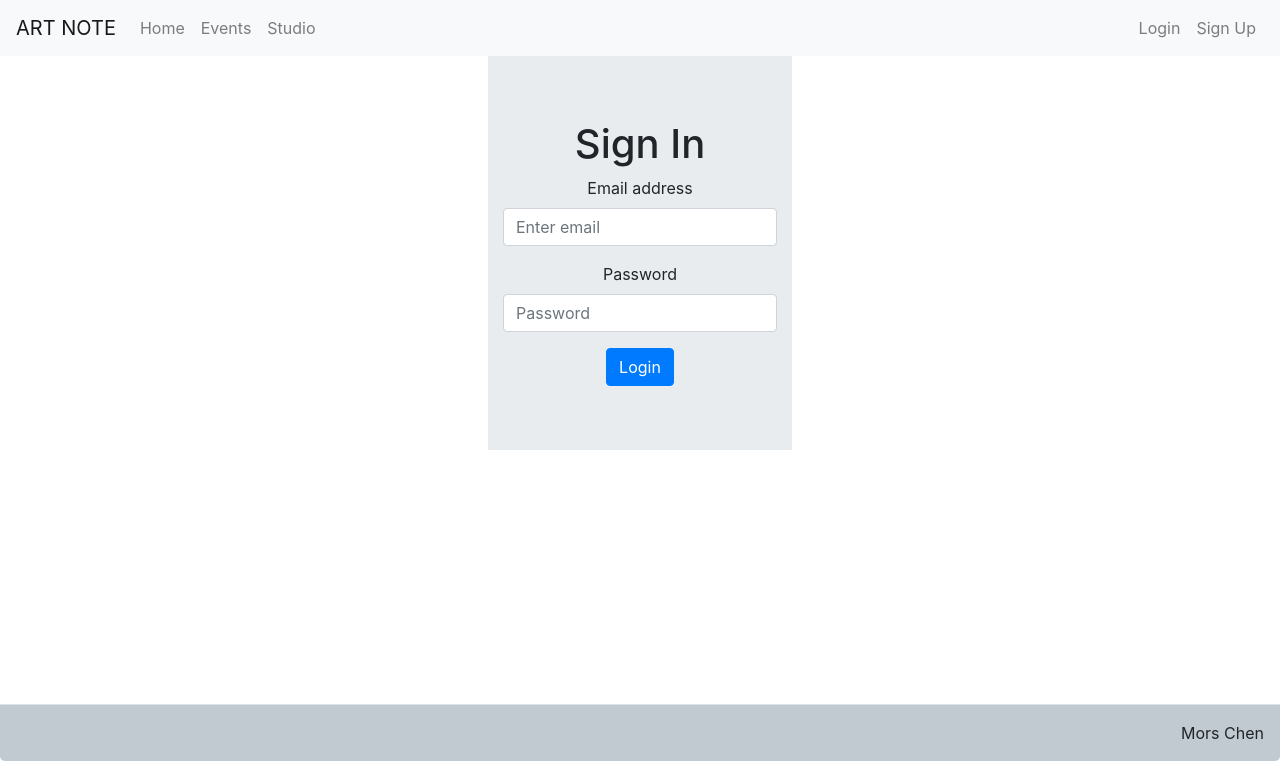
Repository: MorsChen/Final-Client
Page: /login (app in client-app/)
The author's editor kept a copy of each file at every save. The page is drawn from the files as they stood at one save, then again after the next save.
The browser window is 1280 px wide. The pictures show the whole page.
The page's requests for data from a server got no answer. The project was rebuilt for these pictures with package versions that can differ from the ones it lists, and the page was loaded fresh each time. No one was signed in, and anything a server would have sent is missing. Also part of the build but not shown: client-app/src/page/Home.js, client-app/src/page/SignUp.js, client-app/src/page/Profile.js.

Above is the page before, as saved 2019-10-01 14:30:10.

### client-app/public/index.html
<!DOCTYPE html>
<html lang="en">
  <head>
    <meta charset="utf-8" />
    <link rel="shortcut icon" href="%PUBLIC_URL%/favicon.ico" />
    <meta name="viewport" content="width=device-width, initial-scale=1" />
    <meta name="theme-color" content="#000000" />
    <meta
      name="description"
      content="Web site created using create-react-app"
    />
    <link rel="apple-touch-icon" href="logo192.png" />
    <link
        rel="stylesheet"
        href="https://maxcdn.bootstrapcdn.com/bootstrap/4.3.1/css/bootstrap.min.css"
        integrity="sha384-ggOyR0iXCbMQv3Xipma34MD+dH/1fQ784/j6cY/iJTQUOhcWr7x9JvoRxT2MZw1T"
        crossorigin="anonymous"
      />
    <!--
      manifest.json provides metadata used when your web app is installed on a
      user's mobile device or desktop. See https://developers.google.com/web/fundamentals/web-app-manifest/
    -->
    <link rel="manifest" href="%PUBLIC_URL%/manifest.json" />
    <!--
      Notice the use of %PUBLIC_URL% in the tags above.
      It will be replaced with the URL of the `public` folder during the build.
      Only files inside the `public` folder can be referenced from the HTML.

      Unlike "/favicon.ico" or "favicon.ico", "%PUBLIC_URL%/favicon.ico" will
      work correctly both with client-side routing and a non-root public URL.
      Learn how to configure a non-root public URL by running `npm run build`.
    -->
    <title>Art Note</title>
  </head>
  <body>
    <noscript>You need to enable JavaScript to run this app.</noscript>
    <div id="root"></div>
    <!--
      This HTML file is a template.
      If you open it directly in the browser, you will see an empty page.

      You can add webfonts, meta tags, or analytics to this file.
      The build step will place the bundled scripts into the <body> tag.

      To begin the development, run `npm start` or `yarn start`.
      To create a production bundle, use `npm run build` or `yarn build`.
    -->
  </body>
</html>

### client-app/src/App.js
import React from "react";
import { BrowserRouter as Router, Route } from "react-router-dom";
import "./App.css";
import 'bootstrap/dist/css/bootstrap.min.css';



import Home from "./page/Home";
import SignUp from "./page/SignUp";
import Login from "./page/Login";
import Logout from "./page/Logout";
import Profile from "./page/Profile";
import NavBar from "./static/NavBar";

// const URL = `https://127.0.0.1:5000/`
export default class App extends React.Component {
  constructor(props) {
    super(props);
    const existingToken = localStorage.getItem('token');
    const accessToken = (window.location.search.split("=")[0]==="?api_key") ? window.location.search.split("=")[1] : null;

    if (!accessToken && !existingToken){
        window.location.replace(`localhost:3000/`)
    };

    if (accessToken) {
        localStorage.setItem('token', accessToken);
    };

    this.state = {
      isloading:true,
      events: {},
      blogs: {},
      users: {},
      profiles: {},
      comments: {},
      news: {},
      token: existingToken || accessToken,
      user:{isSignin:false}
    }
  }

  componentDidMount() {
    this.fetchhome()
    this.fetchUser()
  }

  fetchUser= async() =>{
    const a = await fetch('https://127.0.0.1:5000/getuserinfo',{
      headers: {
        "Content-Type": "application/json",
        "Authorization": `Token ${this.state.token}`
      }
    })
    const b = await a.json()
    if (b.status === 200) {
      b.user.isSignin= true;
      b.user.token = this.state.token
      this.setState({isloading:true,user:b.user})
    }
  }

  fetchhome = async()=>{
    const token = this.state.token
    const resp = await fetch(`https://127.0.0.1:5000/userload`, {
            method: "GET",
            headers: ({
                "Content-Type": "application/json",
                "Authorization": `Token ${token}`
                })
            });
    const data = await resp.json()
  }

  getToken = (token) => {
    this.setState({token : token})

  }
  // isSignin = () =>{
  //   if (this.state.token !== null){
  //     this.setState({ isSignin : true})
  //   }else {
  //     this.setState({isSignin: false})
  //   }
  //   localStorage.setItem('isSignin', this.isSignin)
  // }

  render() {
    console.log('check state', this.state)
    return (
      <div className="App">
        <Router>
            <NavBar user = {this.state.user} />


          <div className="mag-top">
            <Route path="/" exact component={Home}/>
            <Route path="/events/" exact component={Events} />
            <Route path="/studio/" exact component={Studio} />
            <Route path="/workshop/" component={Workshop} />
            <Route path="/profile/" exact component={ (props) => <Profile {...props} user = {this.state.user} />} />
            <Route path="/courses/" component={Courses} />
            {/* <Route path="/learningpaths/" component={LearningPaths} /> */}
            <Route path="/login/" component={ (props) => <Login {...props} getToken = {this.getToken} />}/>
            <Route path="/logout/" component= { (props) => <Logout {...props} token = {this.state.token} />}/>
            <Route path="/register/" component={SignUp} />
            <Route path="/about/" component={About} />
          </div>

          <div className="modal-footer">Mors Chen</div>
        </Router>
      </div>
    );
  }

}

function Events() {
  return <div className="FullContent"> Events </div>;
}

function Studio() {
  return <div className="FullContent"> Studio </div>;
}

function Workshop() {
  return <div className="FullContent"> Workshop </div>;
}

function Courses() {
  return <div className="FullContent"> Courses </div>;
}

// function LearningPaths() {
//   return <div> Learning Paths </div>;
// }

function About() {
  return <div className="FullContent"> ABOUT</div>;
}

// function Logout () {
//   return window.location.replace(`${URL}logout`)
// }

### client-app/src/App.css
.App {
  text-align: center;
}

@import url('https://fonts.googleapis.com/css?family=Exo:700');
@import url('https://fonts.googleapis.com/css?family=Abel');

.App-logo {
  height: 40vmin;
}

.App-header {
  background-color: #282c34;
  min-height: 100vh;
  display: flex;
  flex-direction: column;
  align-items: center;
  justify-content: center;
  font-size: calc(10px + 2vmin);
  color: white;
}

.App-link {
  color: #09d3ac;
}

.slider {
  height: 100vh;
  margin-top: -100px;
}

.navbar {
  position: fixed;
  top: 0;
  width: 100%;
  z-index: 1;
  }

.modal-footer {
  background-color: #607a8a65;
}

.mag-top {
  margin-top: 3.5rem;
}


.flip-card {
  background-color: transparent;
  width: 12rem;
  height: 19rem;
  perspective: 1000px;

}

.flip-card-inner {
  position: relative;
  width: 12rem;
  height: 19rem;
  text-align: center;
  transition: transform 1s;
  transform-style: preserve-3d;
  box-shadow: 0 4px 8px 0 rgba(0,0,0,0.2);
}

.flip-card:hover .flip-card-inner {
  transform: rotateY(180deg);
}

.flip-card-front, .flip-card-back {
  position: absolute;
  width: 12rem;
  height: 19rem;
  backface-visibility: hidden;
}

.flip-card-front {
  background-color: #bbb;
  color: black;
}

.flip-card-back {
  background-color: #524221;
  color: rgb(255, 189, 66);
  transform: rotateY(180deg);
}

.FullContent {
  display: flex;
  width: 100vw;
  height: 90vh;
  text-align: center;
  align-items: center;
  flex-direction: column;
  margin-top: 2rem;
}

.form-content {
  display: flex;
  width: 80%;
  margin-top: 2rem;
  flex-direction: column;
  justify-content: space-between;
  padding: 1rem;
}

.content {
  display: flex;
  width: 100%;
  height: auto;
  justify-content: center;
}
.card-content {
  display: flex;
  width: 80%;
  margin-top: 2rem;
  flex-direction: row-reverse;
  justify-content: space-between;
  padding: 1rem;
}

.test-div{
  display: flex;
  width: 100%;
  margin-top: 20rem;
  /* height: 500px; */
  color: black;
}



/* Stop------ */
.card-tab {
  background-color: #4201010e;
  width: 100vw;
  height: auto;
  -webkit-transform: perspective(900px);
  transform: perspective(900px);
  -webkit-transform-style: preserve-3d;
  transform-style: preserve-3d;
  text-align:center;
}

.card-font {
  font-family: 'Abel', sans-serif;
  color: white;
  text-align:center;
  font-size:12px;
  text-align: center;
  transform: translatex(12px);
}

.text-h3-card {
  font-size:25px;
  font-family: 'Abel', sans-serif;
  color:rgb(255,255,255);
  text-shadow: 0 0 2px rgb(255,255,255);
  transform: translatey(10px);
}

.card1 {
  text-align:center;
  width: 10em;
  height: 350px;
  margin: 1rem;
  background: linear-gradient(rgb(225,150,58),rgb(227,144,91));
  transition:.6s;

  transform: rotatex(75deg) translatey(-200px) translatez(-100px);
  box-shadow: 0px 20px 60px rgba(0,0,0, 0.5);
}
.card1:hover{
  transform: rotatex(0deg);
  transition:.6s;
  box-shadow: 0px 0px 20px rgba(0, 0, 0, 0.3);
}
.card1 img{
  transform: translateY(1rem);
  width: 10em;
  height:120px;
}

.card2 {
  text-align:center;
  width: 10rem;
  height: 350px;
  margin: 1rem;
  background: linear-gradient(rgb(93,94,170),rgb(93,66,103));
  animation: animate 1s linear infinite;
  transition:.6s;

  transform: rotatex(75deg) translatey(-200px) translatez(-100px);
  box-shadow: 0px 20px 60px rgba(0, 0, 0, 0.5);
}
.card2:hover{
  transform: rotatex(0deg);
  transition:.6s;
  box-shadow: 0px 0px 20px rgba(0, 0, 0, 0.3);
}
.card2 img{
  transform: translateY(1rem);
  width: 10em;
  height:150px;
}
.card3 {
  text-align:center;
  width: 10em;
  height: 350px;
  margin: 1rem;
  background: linear-gradient(#ff5252, #b33939);
  transition:.6s;

  transform: rotatex(75deg) translatey(-200px) translatez(-100px);
  box-shadow: 0px 20px 60px rgba(0, 0, 0, 0.5);
}
.card3:hover{
  transform: rotatex(0deg);
  transition:.6s;
  box-shadow: 0px 0px 20px rgba(0, 0, 0, 0.3);
}
.card3 img{
  transform: translateY(1rem);
  width: 10em;
  height:120px;
}

### client-app/src/page/Login.js
import React, {Component} from "react";
// import { Form, Col, Button } from "react-bootstrap";
import 'bootstrap/dist/css/bootstrap.min.css';

export default class Login extends Component {
    constructor() {
        super();
        this.state = {
            email: "",
            password: "",
            user: {},
        };
      }

    componentDidMount () {
    }

    handleLogin = async e => {
        e.preventDefault();
        // const response = await fetch(`https://127.0.0.1:5000/users/login`)
        // const data = response.json()
        // console.log ("check", data)
        // if (this.state.password !== this.state.repassword) {
        //     alert("Password and Password confirm must match");
        // }

        let userlogin = {
        email: this.state.email,
        password: this.state.password,
        };
        console.log("check e.target",userlogin)
        const response = await fetch(`https://127.0.0.1:5000/users/login`, {
            method: "POST",
            body: JSON.stringify(userlogin),
            headers: new Headers({
                "Content-Type": "application/json"
            })
        });
        const data = await response.json()
        console.log("check resp from login",data)
        if (data.status === 200) {
            this.sendToken(data.token)
            localStorage.setItem('token', data.token)

            return window.location.replace(`http://localhost:3000/`);
        }
            else {return alert('something wrong')}
        };

    sendToken=(token)=>{
        this.props.getToken(token)
    }


    handleChange = e => {
        const name = e.target.name;
        const value = e.target.value;
        this.setState({
            [name]: value
        });
        };

    render() {
        console.log("check email",this.state.email);
        console.log('check isSignin login', this.state.user)

        return (
            <div className="FullContent">
            <div className="jumbotron jumbotron-fluid custome-jumbo">
                <div className="container">
                <form
                    onSubmit={e => this.handleLogin(e)}
                    onChange={e => this.handleChange(e)}
                >
                    <div className="form-group">
                    <h1 style={{ textAlign: "center" }}>Sign In</h1>
                    <label for="exampleInputEmail1">Email address</label>
                    <input
                        type="email"
                        name="email"
                        className="form-control"
                        id="exampleInputEmail1"
                        aria-describedby="emailHelp"
                        placeholder="Enter email"
                        required={true}

                    />
                    {/* <small id="emailHelp" className="form-text text-muted">
                        We'll never share your email with anyone else.
                    </small> */}
                    </div>
                    <div className="form-group">
                    <label for="exampleInputPassword1">Password</label>
                    <input
                        type="password"
                        name="password"
                        className="form-control"
                        id="exampleInputPassword1"
                        placeholder="Password"
                        required={true}
                    />
                    </div>
                    <button
                    type="submit"
                    className="btn btn-primary"
                    >
                    Login
                    </button>
                </form>
                </div>
            </div>
            </div>
        );
    }
}

// function Login() {

//     const [validated, setValidated] = useState(false);

//     const handleSubmit = event => {
//         const form = event.currentTarget;
//         if (form.checkValidity() === false) {
//         event.preventDefault();
//         event.stopPropagation();
//         }

//         setValidated(true);
//     };

//         return (
//             <div className="FullContent">
//                 <div><h3>Login</h3></div>
//                 <Form className="form-content" noValidate validated={validated} onSubmit={handleSubmit}>
//                     <Form.Row>
//                         <Form.Group as={Col} md="6" controlId="formHorizontalEmail">
//                             <Form.Label>Email</Form.Label>
//                             <Form.Control
//                             required
//                             type="email"
//                             placeholder="Email" />
//                         <Form.Control.Feedback>Looks good!</Form.Control.Feedback>
//                         <Form.Control.Feedback type="invalid">
//                             Please input your email.
//                             </Form.Control.Feedback>
//                         </Form.Group>

//                         <Form.Group as={Col} md="6" controlId="formHorizontalPassword">
//                             <Form.Label>Password</Form.Label>
//                             <Form.Control
//                             required
//                             type="password"
//                             placeholder="Password" />
//                         <Form.Control.Feedback>Looks good!</Form.Control.Feedback>
//                         <Form.Control.Feedback type="invalid">
//                             Please input password.
//                             </Form.Control.Feedback>
//                         </Form.Group>
//                     </Form.Row>
//                     <Form.Group>
//                         <Form.Check
//                         label="Remember Me"
//                         />
//                     </Form.Group>
//                     <Button type="submit">Sign in</Button>

//                     <Button onClick={()=>window.location.replace("https://127.0.0.1:5000/login/facebook")}>Sign in with FaceBook</Button>
//                 </Form>
//             </div>


//         )
// }
// export default Login;


// class Login extends React.Component {
//     constructor() {
//       super();
//       this.handleSubmit = this.handleSubmit.bind(this);
//     }

//     handleSubmit(event) {
//         event.preventDefault();
//         const data = new FormData(event.target);

//         const [month, day, year] = data.get('birthdate').split('/');
//         const serverDate = `${year}-${month}-${day}`;

//         data.set('birthdate', serverDate);
//         data.set('username', data.get('username').toUpperCase());

//         for (let name of data.keys()) {
//             const input = form.elements[name];
//             const parserName = input.dataset.parse;

//             if (parserName) {
//               const parser = inputParsers[parserName];
//               const parsedValue = parser(data.get(name));
//               data.set(name, parsedValue);
//             }
//           }

//         console.log("check data", data)
//     //   fetch('/api/form-submit-url', {
//     //     method: 'POST',
//     //     body: data,
//     //   });
//     }

//     render() {
//       return (
//         <form onSubmit={this.handleSubmit}>
//           <label htmlFor="username">Enter username</label>
//           <input id="username" name="username" type="text" />

//           <label htmlFor="email">Enter your email</label>
//           <input id="email" name="email" type="email" />

//           <label htmlFor="birthdate">Enter your birth date</label>
//           <input id="birthdate" name="birthdate" type="text" data-parse="date" />

//           <button>Send data!</button>
//         </form>
//       );
//     }
//   }

//   export default Login

### client-app/src/page/Logout.js
import React from "react";

const URL = `https://127.0.0.1:5000/`

export default class Logout extends React.Component {
    constructor(props){
        super(props)
        this.state = {...props}
        console.log('check props', this.state)

    }

    componentDidMount(){
        this.deltoken()
    }
    deltoken = async () => {
        console.log('check token inside', this.state.token)
        console.log('check URL', `${URL}logout`)
        const response = await fetch(`${URL}logout`, {
        method: 'GET',
        headers: {
            'Accept': 'application/json',
            'Content-Type': 'application/json',
            'Authorization': `Token ${this.state.token}`
        }
        })
        const status = await response.json()
        console.log('STATUS',status.status)
        if (status.status === 200) {
            localStorage.clear('token')
            this.setState({ token: null })
            return window.location.replace(`http://localhost:3000/`);}
            else {return alert('something wrong')}
    }
    sendToken=(token)=>{
        this.props.getToken({token: token})
    }

    render (){

        return [

        ]
    }
}

### client-app/src/static/NavBar.js
import React from "react";
import { Link } from "react-router-dom";
import { Navbar, Nav} from "react-bootstrap";


export default class NavBar extends React.Component {


  render () {
    console.log('check pass user', this.props.user)
      return [
          <Navbar bg="light" expand="lg">
          <Link class="navbar-brand" to="/">ART NOTE</Link>
            <Navbar.Toggle aria-controls="basic-navbar-nav" />
            <Navbar.Collapse id="basic-navbar-nav">
              <Nav className="mr-auto">
                <Link class="nav-link" to="/">
                    Home
                  </Link>
                  <Link class="nav-link" to="/events/">
                    Events
                  </Link>
                  <Link class="nav-link" to="/studio/">
                    Studio
                  </Link>
                  {this.props.user.isSignin ? <>
                    <Link class="nav-link" to="/workshop/">
                    WorkShop
                    </Link>
                    <Link class="nav-link" to="/courses/">
                      Courses
                    </Link>
                    <Link class="nav-link" to="/profile/">
                      Profile
                    </Link>
                    <Link class="nav-link" to="/about/">
                      About
                    </Link>
                    </> : <>
                      </>}

                {/* <NavDropdown title="Dropdown" id="basic-nav-dropdown">
                  <NavDropdown.Item href="#action/3.1">Action</NavDropdown.Item>
                  <NavDropdown.Item href="#action/3.2">Another action</NavDropdown.Item>
                  <NavDropdown.Item href="#action/3.3">Something</NavDropdown.Item>
                  <NavDropdown.Divider />
                  <NavDropdown.Item href="#action/3.4">Separated link</NavDropdown.Item>
                </NavDropdown> */}
              </Nav>
              <Nav className="mr-0">
                  {this.props.user.isSignin ? <><Link class="nav-link" to="/logout">Logout</Link>
                  </> : <>
                      <Link class="nav-link" to="/login">Login</Link>
                      <Link class="nav-link" to="/register">Sign Up</Link></>}
              </Nav>
            </Navbar.Collapse>
          </Navbar>

      ]
  }
}

Loaded but not shown: client-app/src/index.js (common file); client-app/src/index.css (common file); client-app/src/serviceWorker.js (common file)

After the next save:
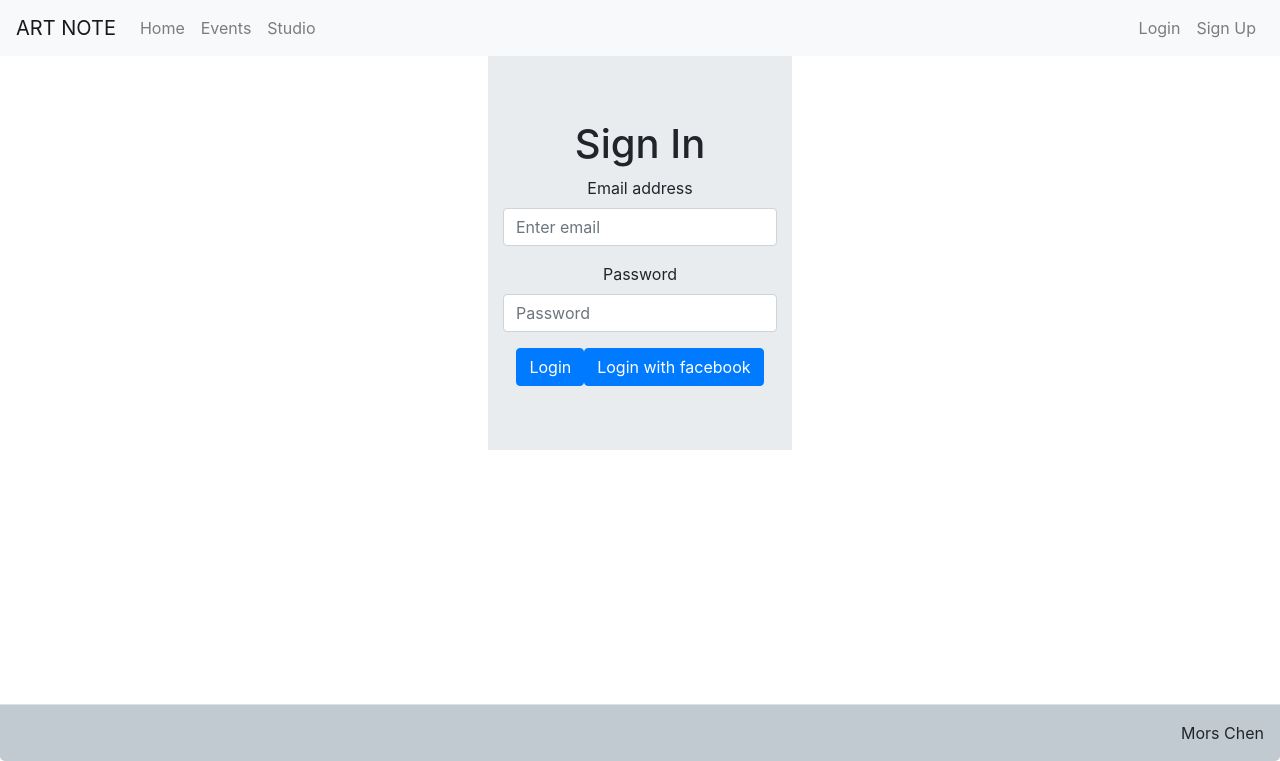
Saved 6 min 30 s later.
--- a/client-app/src/page/Login.js
+++ b/client-app/src/page/Login.js
@@ -2,6 +2,7 @@ import React, {Component} from "react";
 // import { Form, Col, Button } from "react-bootstrap";
 import 'bootstrap/dist/css/bootstrap.min.css';
 
+const URL = `https://127.0.0.1:5000/login/facebook`
 export default class Login extends Component {
     constructor() {
         super();
@@ -106,6 +107,13 @@ export default class Login extends Component {
                     >
                     Login
                     </button>
+                    <button
+                    type="submit"
+                    className="btn btn-primary"
+                    onClick = {()=>window.location.replace(`${URL}`)}
+                    >
+                    Login with facebook
+                    </button>
                 </form>
                 </div>
             </div>
